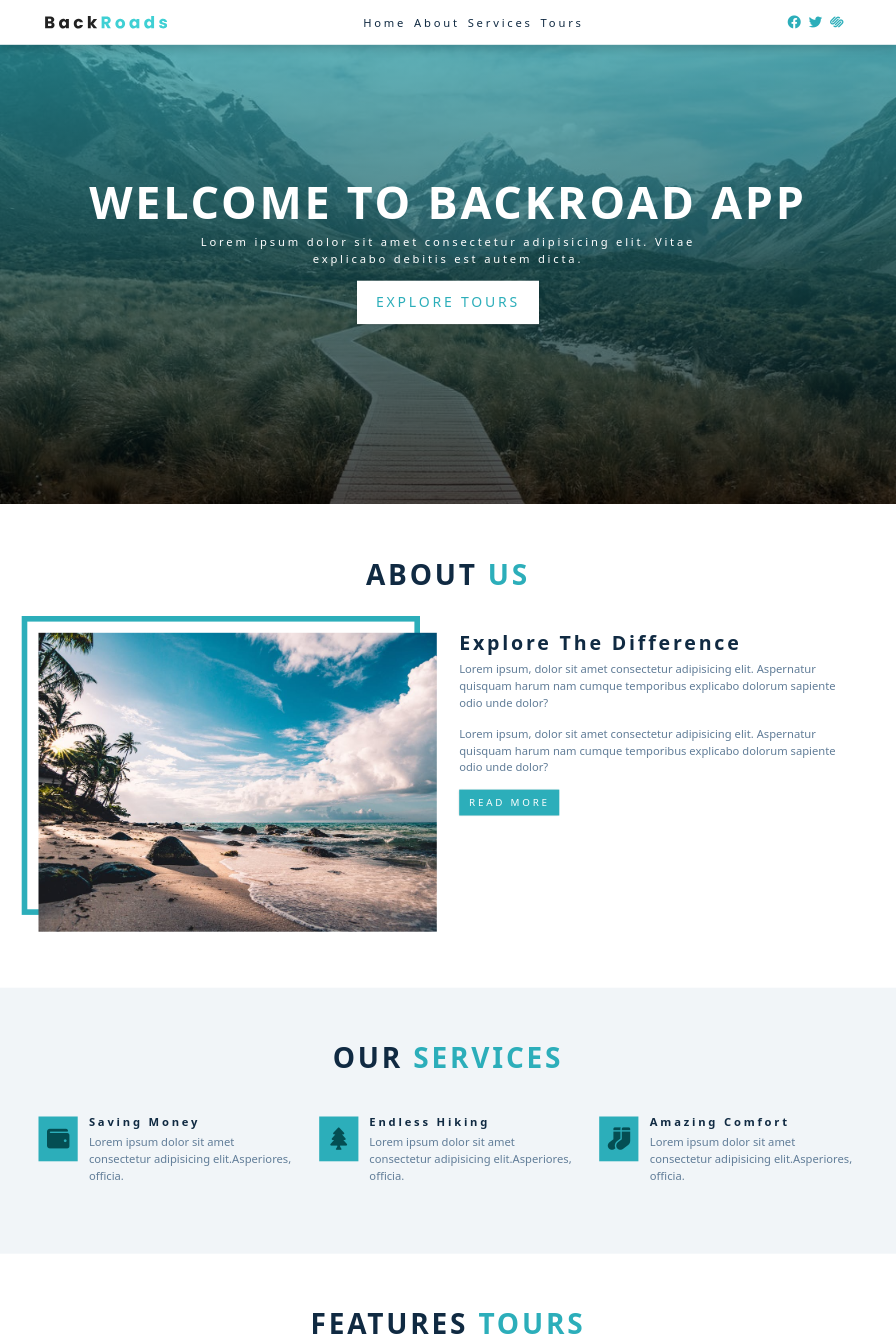
Repository: shivyank121/backRoad-app
Page: /
The author's editor kept a copy of each file at every save. The page is drawn from the files as they stood at one save, then again after the next save.
The browser window is 1280 px wide. The pictures show the part of the page from y = 0 to 1920 px (the page is 3339 px tall before and 3411 px after), at 70% of full size.
Some web libraries are served in a nearby version. The project was rebuilt for these pictures with package versions that can differ from the ones it lists, and the page was loaded fresh each time.

Above is the page before, as saved 2023-08-21 18:52:46.

After the next save:
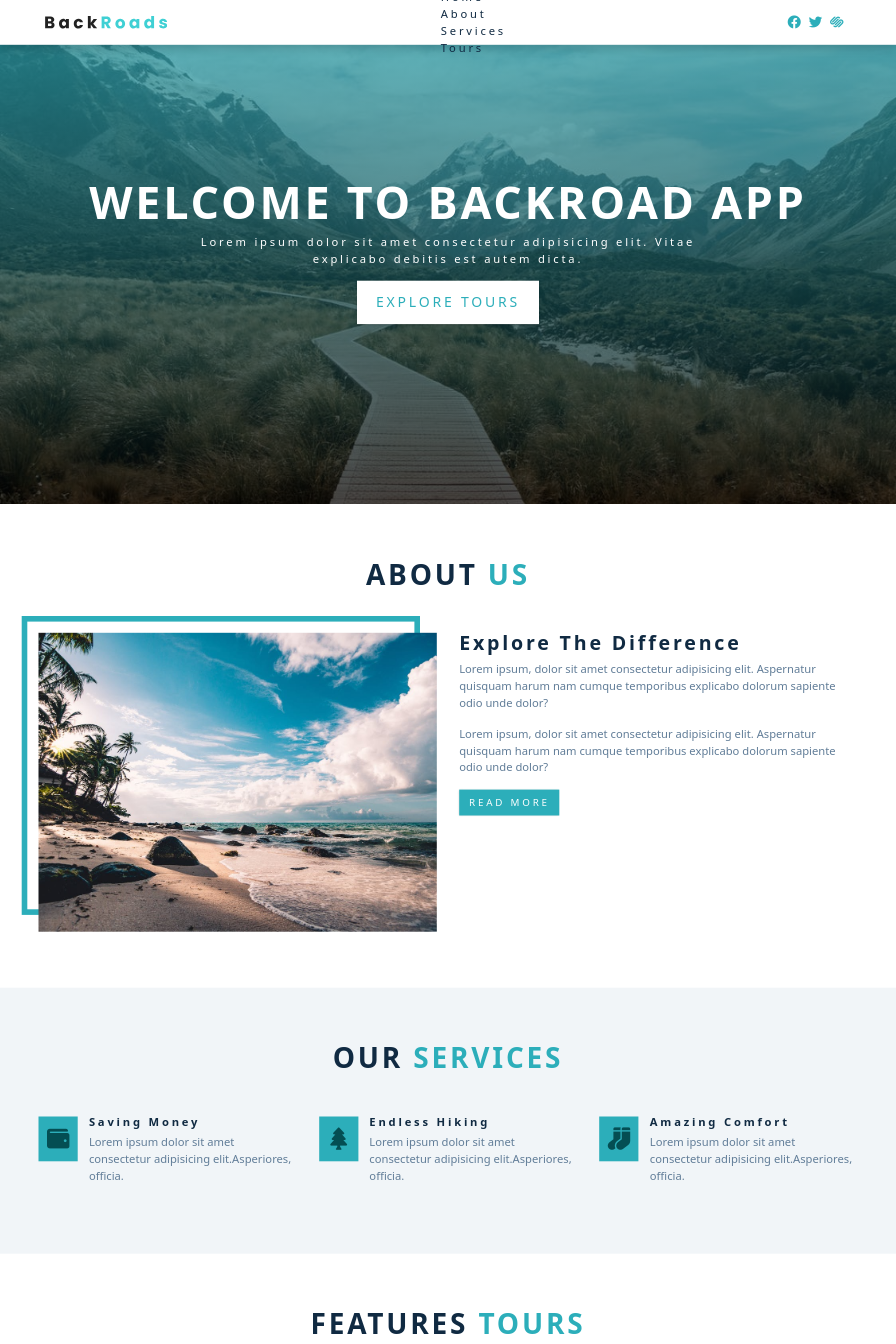
Saved 2 min 15 s later.
--- a/src/components/Navlinks.js
+++ b/src/components/Navlinks.js
@@ -2,9 +2,9 @@ import React from "react";
 import { pageLinks } from "../data";
 
 
-const Navlinks = ({ href, text, navItemClass }) => {
+const Navlinks = ({parentClass, itemClass}) => {
   return (
-    <ul className="nav-links" id="nav-links">
+    <ul className={parentClass} id="nav-links">
     {pageLinks.map((link) => {
       return (
         <li key={link.id}>
